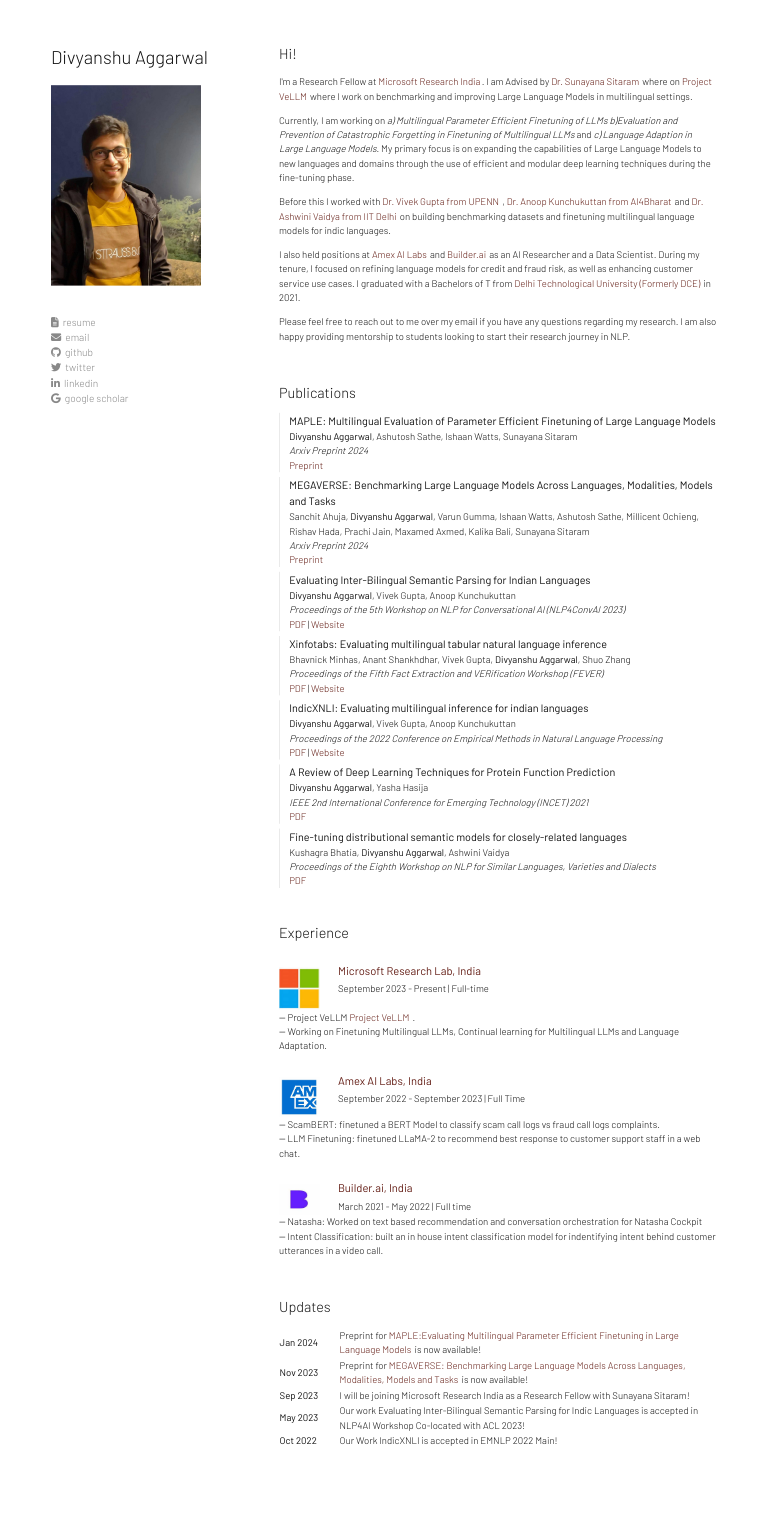
Repository: divyanshuaggarwal/divyanshuaggarwal.github.io
Page: index.html
The author's editor kept a copy of each file at every save. The page is drawn from the files as they stood at one save, then again after the next save.
The browser window is 1280 px wide. The pictures show the whole page, at 60% of full size.
Some web libraries are served in a nearby version.

Above is the page before, as saved 2024-02-23 23:13:49.
Not found: javascripts/scale.fix.js

### index.html
<!doctype html>
<html>
  <head>
    <meta charset="utf-8">
    <meta name="viewport" content="width=device-width, initial-scale=1, shrink-to-fit=no">

    <meta name="description" content="Research Fellow | Microsoft Research India">
    <meta name="keywords" content="website, divyanshu, aggarwal, divyanshu aggarwal">
    <meta name="author" content="Divyanshu Aggarwal">
    <meta http-equiv="X-UA-Compatible" content="chrome=1">
    <meta http-equiv="X-UA-Compatible" content="IE-Edge">

    <link rel="apple-touch-icon" sizes="180x180" href="assets/apple-touch-icon.png">
    <link rel="icon" type="image/png" sizes="32x32" href="assets/favicon-32x32.png">
    <link rel="icon" type="image/png" sizes="16x16" href="assets/favicon-16x16.png">
    <link rel="manifest" href="/site.webmanifest">

    <!-- Bootstrap CSS -->
    <link rel="stylesheet" href="https://stackpath.bootstrapcdn.com/bootstrap/4.4.1/css/bootstrap.min.css" integrity="sha384-Vkoo8x4CGsO3+Hhxv8T/Q5PaXtkKtu6ug5TOeNV6gBiFeWPGFN9MuhOf23Q9Ifjh" crossorigin="anonymous">
    <!-- <link rel="stylesheet" href="assets/style-3.css"> -->
    <link href="https://fonts.googleapis.com/css2?family=Spartan:wght@300;400;500&display=swap" rel="stylesheet">
    <link href="https://fonts.googleapis.com/css2?family=Quicksand:wght@300;400&display=swap" rel="stylesheet">
    <link href="https://fonts.googleapis.com/css2?family=Barlow:wght@300;400&display=swap" rel="stylesheet">


    <script src="https://kit.fontawesome.com/cf1c3caa39.js" crossorigin="anonymous"></script>
    <!-- <script src="assets/style-2.js"></script> -->


    <title>Divyanshu Aggarwal</title>

  </head>
  <body>
    <div class="container pb-5 allstuffp">
      <div class="row pt-5 allstuff">
        <div class="col-md-4 pt-4">
          <div class="fixed-posi">
            <div class="name pb-4">Divyanshu Aggarwal</div>
            <img src="./images/divyanshu.jpg" class="img-fluid profilepic" alt="Divyanshu profile photo" width="250">
            <div class="pt-5">
              <a id="icon_cv" class="tag had" href="assets/cv.pdf" target="_blank"><i class="had fas fa-file-alt"></i>&nbsp; resume</a><br>
              <a id="icon_email" class="tag had" href="mailto:divyanshuggrwl@gmail.com" target="_blank"><i class="fas fa-envelope"></i>&nbsp; email</a><br>
              <a id="icon_github" class="tag had" href="https://github.com/divyanshuaggarwal" target="_blank"><i class="had fab fa-github"></i>&nbsp; github</a><br>
              <a id="icon_twitter" class="tag had" href="https://twitter.com/divyanshuggrwl" target="_blank"> <i class="fab fa-twitter"></i>&nbsp; twitter</a> <br>
              <a id="icon_linkedin" class="tag had" href="https://www.linkedin.com/in/https://www.linkedin.com/in/divyanshu-aggarwal-498894163/" target="_blank"><i class="fab fa-linkedin-in"></i>&nbsp; linkedin</a> <br>
              <a id="icon_gscholar" class="tag had" href="https://scholar.google.com/citations?user=WuYKZLAAAAAJ" target="_blank"><i class="fab fa-google"></i>&nbsp; google scholar</a> <br>
            </div>
          </div>
        </div>
        <div class="col-md-8 pt-4 about">
          <p class='header'>Hi!</p>
          <p>I'm a Research Fellow at <a class="tag" href="https://www.microsoft.com/en-us/research/lab/microsoft-research-india/" target="_blank">Microsoft Research India</a>. I am Advised by <a class="tag" href="https://www.microsoft.com/en-us/research/lab/microsoft-research-india/" target="_blank">Dr. Sunayana Sitaram</a> where on <a class="tag", href="https://www.microsoft.com/en-us/research/project/project-vellm/"> Project VeLLM </a> where I work on benchmarking and improving Large Language Models in multilingual settings. </p>

          <p>Currently, I am working on <em>a) Multilingual Parameter Efficient Finetuning of LLMs</em> <em>b)Evaluation and Prevention of Catastrophic Forgetting in Finetuning of Multilingual LLMs </em> and <em>c) Language Adaption in Large Language Models</em>. My primary focus is on expanding the capabilities of Large Language Models to new languages and domains through the use of efficient and modular deep learning techniques during the fine-tuning phase.</p>

          <p>Before this I worked with <a class="tag" href="https://vgupta123.github.io/" target="_blank"> Dr. Vivek Gupta from UPENN </a>, <a class="tag" href="http://anoopk.in/" target="_blank">Dr. Anoop Kunchukuttan from AI4Bharat</a>  and <a class="tag" href="https://web.iitd.ac.in/~avaidya/" target="_blank"> Dr. Ashwini Vaidya from IIT Delhi</a> on building benchmarking datasets and finetuning multilingual language models for indic languages.</p>

          <p>I also held positions at <a class="tag" href="https://emerj.com/ai-sector-overviews/artificial-intelligence-at-american-express/", target="_blank"> Amex AI Labs </a> and <a class="tag" href="https://www.builder.ai/under-the-hood", target="_blank">Builder.ai</a> as an AI Researcher and a Data Scientist. During my tenure, I focused on refining language models for credit and fraud risk, as well as enhancing customer service use cases. I graduated with a Bachelors of T from <a class="tag" href="http://www.dtu.ac.in/" target="_blank"> Delhi Technological University (Formerly DCE)</a> in 2021.</p>

<!--           My thesis was on "Protein Function Prediction using Deep Learning" with <a class="tag" href="http://www.dtu.ac.in/modules/facilities/people/faculty/view.php?uname=yashahasija", target="_blank">Dr. Yasha Hasija</a>. -->
          <p>Please feel free to reach out to me over my email if you have any questions regarding my research. I am also happy providing mentorship to students looking to start their research journey in NLP. </p>

          <p class="header pt-5">Publications</p>

            <p class="paper my-2 pl-3">
              <span class="papertitle">MAPLE: Multilingual Evaluation of Parameter Efficient Finetuning of Large Language Models</span><br>
              <b><span class="thisauthor">Divyanshu Aggarwal</span></b>, Ashutosh Sathe, Ishaan Watts, Sunayana Sitaram<br>
              <i> Arxiv Preprint 2024</i><br>
              <a class="tag" href="https://arxiv.org/abs/2401.07598" target="_blank">Preprint</a>
            </p>

            <p class="paper my-2 pl-3">
              <span class="papertitle">MEGAVERSE: Benchmarking Large Language Models Across Languages, Modalities, Models and Tasks</span><br>
              Sanchit Ahuja, <b><span class="thisauthor">Divyanshu Aggarwal</span></b>, Varun Gumma, Ishaan Watts, Ashutosh Sathe, Millicent Ochieng, Rishav Hada, Prachi Jain, Maxamed Axmed, Kalika Bali, Sunayana Sitaram <br>
              <i> Arxiv Preprint 2024</i><br>
              <a class="tag" href="https://arxiv.org/abs/2311.07463" target="_blank">Preprint</a>
            </p>


            <p class="paper my-2 pl-3">
              <span class="papertitle">Evaluating Inter-Bilingual Semantic Parsing for Indian Languages</span><br>
              <b><span class="thisauthor">Divyanshu Aggarwal</span></b>, Vivek Gupta, Anoop Kunchukuttan <br>
              <i>Proceedings of the 5th Workshop on NLP for Conversational AI (NLP4ConvAI 2023)</i><br>
              <a class="tag" href="https://aclanthology.org/2023.nlp4convai-1.9/" target="_blank">PDF</a>|
              <a class="tag" href="https://iesemparse.github.io/" target="_blank">Website</a>
            </p>


            <p class="paper my-2 pl-3">
              <span class="papertitle">Xinfotabs: Evaluating multilingual tabular natural language inference</span><br>
              Bhavnick Minhas, Anant Shankhdhar, Vivek Gupta, <b><span class="thisauthor">Divyanshu Aggarwal</span></b>, Shuo Zhang <br>
              <i>Proceedings of the Fifth Fact Extraction and VERification Workshop (FEVER)</i><br>
              <a class="tag" href="https://aclanthology.org/2022.fever-1.7/" target="_blank">PDF</a>|
              <a class="tag" href="https://xinfotabs.github.io/" target="_blank">Website</a>
            </p>

            <p class="paper my-2 pl-3">
              <span class="papertitle">IndicXNLI: Evaluating multilingual inference for indian languages</span><br>
              <b><span class="thisauthor">Divyanshu Aggarwal</span></b>, Vivek Gupta, Anoop Kunchukuttan <br>
              <i>Proceedings of the 2022 Conference on Empirical Methods in Natural Language Processing</i><br>
              <a class="tag" href="https://aclanthology.org/2022.emnlp-main.755" target="_blank">PDF</a>|
              <a class="tag" href="https://indicxnli.github.io" target="_blank">Website</a>
            </p>


            <p class="paper my-2 pl-3">
              <span class="papertitle">A Review of Deep Learning Techniques for Protein Function Prediction</span><br>
              <b><span class="thisauthor">Divyanshu Aggarwal</span></b>, Yasha Hasija <br>
              <i>IEEE 2nd International Conference for Emerging Technology (INCET) 2021</i><br>
              <a class="tag" href="https://arxiv.org/abs/2211.09705" target="_blank">PDF</a>
            </p>

            <p class="paper my-2 pl-3">
              <span class="papertitle">Fine-tuning distributional semantic models for closely-related languages</span><br>
              Kushagra Bhatia, <b><span class="thisauthor">Divyanshu Aggarwal</span></b>, Ashwini Vaidya <br>
              <i>Proceedings of the Eighth Workshop on NLP for Similar Languages, Varieties and Dialects</i><br>
              <a class="tag" href="https://aclanthology.org/2021.vardial-1.7/" target="_blank">PDF</a>
            </p>


          <p class="header pt-5">Experience</p>

          <div class="py-3">
              <div class="expmeta row">
                  <div class="col-sm-1"><img class="expicon mt-2"src="images/microsoft.jpg"></div>
                  <div class="col-sm-11 expdetails">
                    <span class="expjob"><a class="tag" href="https://www.microsoft.com/en-us/research/lab/microsoft-research-india/" target="_blank">Microsoft Research Lab, India</a></span><br>
                    <div class='pt-1'>September 2023 - Present | Full-time</div>
                  </div>
              </div>
              <div class="details">
              <p><span class="bullet">--</span> Project VeLLM <a class="tag" href="" target="_blank"> Project VeLLM </a>.<br>
                <span class="bullet">--</span> Working on Finetuning Multilingual LLMs, Continual learning for Multilingual LLMs and Language Adaptation.<br>


            <div class="py-3">
              <div class="expmeta row">
                  <div class="col-sm-1"><img class="expicon mt-2"src="images/amex.jpg"></div>
                  <div class="col-sm-11 expdetails">
                    <span class="expjob"><a class="tag" href="https://www.microsoft.com/en-us/research/lab/microsoft-research-india/" target="_blank">Amex AI Labs, India</a></span><br>
                    <div class='pt-1'>September 2022 - September 2023 | Full Time</div>
                  </div>
              </div>
              <div class="details">
              <p><span class="bullet">--</span> ScamBERT: finetuned a BERT Model to classify scam call logs vs fraud call logs complaints.<br>
                <span class="bullet">--</span> LLM Finetuning: finetuned LLaMA-2 to recommend best response to customer support staff in a web chat.<br>


            <div class="py-3">
              <div class="expmeta row">
                  <div class="col-sm-1"><img class="expicon mt-2"src="images/builder.jpg", width="200", height="50"></div>
                  <div class="col-sm-11 expdetails">
                    <span class="expjob"><a class="tag" href="https://www.builder.ai" target="_blank">Builder.ai, India</a></span><br>
                    <div class='pt-1'>March 2021 - May 2022 | Full time</div>
                  </div>
              </div>
              <div class="details">
              <p><span class="bullet">--</span> Natasha: Worked on text based recommendation and conversation orchestration for Natasha Cockpit <br>
                <span class="bullet">--</span> Intent Classification: built an in house intent classification model for indentifying intent behind customer utterances in a video call.<br>




            <p class="header pt-5">Updates</p>
            <div style="height:250px;overflow:auto;">
                <table>
                    <col width="100px">
                    <tr>
                        <td><b>Jan 2024</b></td>
                        <td>Preprint for <a class="tag" href="https://arxiv.org/abs/2401.07598" target="_blank">MAPLE:Evaluating Multilingual Parameter Efficient Finetuning in Large Language Models</a> is now available!</td>
                    </tr>

                    <tr>
                      <td><b>Nov 2023</b></td>
                      <td>Preprint for <a class="tag" href="https://arxiv.org/abs/2311.07463" target="_blank">MEGAVERSE: Benchmarking Large Language Models Across Languages, Modalities, Models and Tasks </a> is now available!</td>
                  </tr>

                  <tr>
                    <td><b>Sep 2023</b></td>
                    <td>I will be joining Microsoft Research India as a Research Fellow with Sunayana Sitaram!</td>
                </tr>

                <tr>
                  <td><b>May 2023</b></td>
                  <td>Our work Evaluating Inter-Bilingual Semantic Parsing for Indic Languages is accepted in NLP4AI Workshop Co-located with ACL 2023!</td>
              </tr>

              <tr>
                <td><b>Oct 2022</b></td>
                <td>Our Work IndicXNLI is accepted in EMNLP 2022  Main!</td>
             </tr>

                </table>
            </div>

        </div>

      </div>
    </div>
    <div>

    <script src="javascripts/scale.fix.js"></script>
    <script src="https://code.jquery.com/jquery-3.4.1.slim.min.js" integrity="sha384-J6qa4849blE2+poT4WnyKhv5vZF5SrPo0iEjwBvKU7imGFAV0wwj1yYfoRSJoZ+n" crossorigin="anonymous"></script>
    <script src="https://cdn.jsdelivr.net/npm/popper.js@1.16.0/dist/umd/popper.min.js" integrity="sha384-Q6E9RHvbIyZFJoft+2mJbHaEWldlvI9IOYy5n3zV9zzTtmI3UksdQRVvoxMfooAo" crossorigin="anonymous"></script>
    <script src="https://stackpath.bootstrapcdn.com/bootstrap/4.4.1/js/bootstrap.min.js" integrity="sha384-wfSDF2E50Y2D1uUdj0O3uMBJnjuUD4Ih7YwaYd1iqfktj0Uod8GCExl3Og8ifwB6" crossorigin="anonymous"></script>
    <!-- <script src="assets/style-3.js"></script> -->
  </body>
  <style>
    body {
        /* font-family: 'Quicksand', sans-serif; */
        font-family: 'Barlow', sans-serif;
        font-weight: 300;
        color: #111;
        font-size: 17px;
    }
    .name {
        font-size: 23pt;
        color: #111;

    }

    a {
        /* color: #555; */
        /* text-decoration: underline; */
        color: #641e16;
        /* font-weight: 400; */
    }

    a:hover {
      /* font-weight: 400; */
      text-decoration: none;
      transition-duration: 0.3s;
      transition-timing-function: linear;
      /* color: #444; */
    }

    .about {
        font-size: 12pt;
    }

    .header {
        font-size: 18pt;
        color: #111;
    }

    .expmeta {

    }

    .expjob {
      font-weight: 400;
      font-size: 14pt;
      color:#111;
    }

    .expduration {

    }

    .expdetails {

    }

    .expdesc{


    }

    .papertitle {
        color: #111;
        font-weight: 300;
    }

    .thisauthor {
        color: #111;
    }
    .noter {
        font-size: 9pt;
    }
    .tagsep {
        padding: 4px;
    }
    .tag {
        padding-right:2px;
    }

    .confshort {
        font-weight: 300;
    }

    .conf {
        display: inline-block;
        padding-bottom: 4px;
    }

    .paper {
        border-left: 1px solid #ddd;
        /* border-radius: 10px; */
    }

    .menulink {
        color: #888;
    }

    .menulink:hover {
        color: #111;
    }

    .had {
      color: #888;
    }

    .had:hover {
      color: #222 !important;
    }

    #icon_cv:hover > i{
      color: #641e16 ;
    }
    #icon_email:hover > i{
      color: #641e16 ;
    }
    #icon_github:hover > i{
    color: #641e16 ;
    }

    #icon_twitter:hover > i{
    color: #641e16 ;
    }

    #icon_linkedin:hover > i{
    color: #641e16 ;
    }
    #icon_scholar:hover > i{
    color: #641e16 ;
    }

    /* #icon_cv:hover:hover > i{
    color: blue;
    transition-property: color;
      transition-duration: 0.1s;
      transition-timing-function: linear;
    }
    #icon_email:hover > i{
    color: blue;
    transition-property: color;
      transition-duration: 0.1s;
      transition-timing-function: linear;
    }
    #icon_github:hover > i{
    color: blue;
    transition-property: color;
      transition-duration: 0.1s;
      transition-timing-function: linear;
    }

    #icon_twitter:hover > i{
    color: blue;
    transition-property: color;
      transition-duration: 0.1s;
      transition-timing-function: linear;
    }

    #icon_linkedin:hover > i{
    color: blue;
    transition-property: color;
      transition-duration: 0.1s;
      transition-timing-function: linear;
    }
    #icon_scholar:hover > i{
    color: blue;
    transition-property: color;
      transition-duration: 0.1s;
      transition-timing-function: linear;
    } */

    .icons:hover {
      color: rgb(143, 0, 0)
    }
    .paper {
        border-left: 1px solid #ddd;
    }

    .papertitle {
          color: #111;
          font-weight: 400;
          font-size:large;
      }

    @media (min-width: 768px) {
          .fixed-posi {
          /* width: 50%;
          margin-left: 50%;
          min-height:100%; */
          position:sticky;
    }

          .expicon {

            width:200%;
          }

          .expdetails {
            padding-left:50px;
          }

    }

    @media (max-width: 768px) {

          .expicon {

            width:20%;
          }

          .expdetails {
            padding-left: 2;
          }

    }

    .bullet {
      color: #222;
      font-weight: 400;
    }
    @media (min-width: 768px) {
      .fixed-posi {
          /* width: 50%;
              margin-left: 50%;
              min-height:100%; */
          position: fixed;
      }
    }

    @media only screen and (max-width: 900px) {
      .allstuff {
          padding-top: 0px !important;
      }

      .allstuffp {
          padding-top: 0px !important;
      }

      .profilepic {
          width: 90px;
          border-radius: 40%;
          padding-top: 0px !important;
          padding-bottom: 0px !important;
          filter: grayscale(30%);
      }

      .menur {
          padding-top: 18px !important;
      }

      .instilogo {
      height: 50px;
      filter: grayscale(20%);
      }

    }
    /* .profilepic {
      border-radius: 40%;
    } */

</style>
</html>

After the next save:
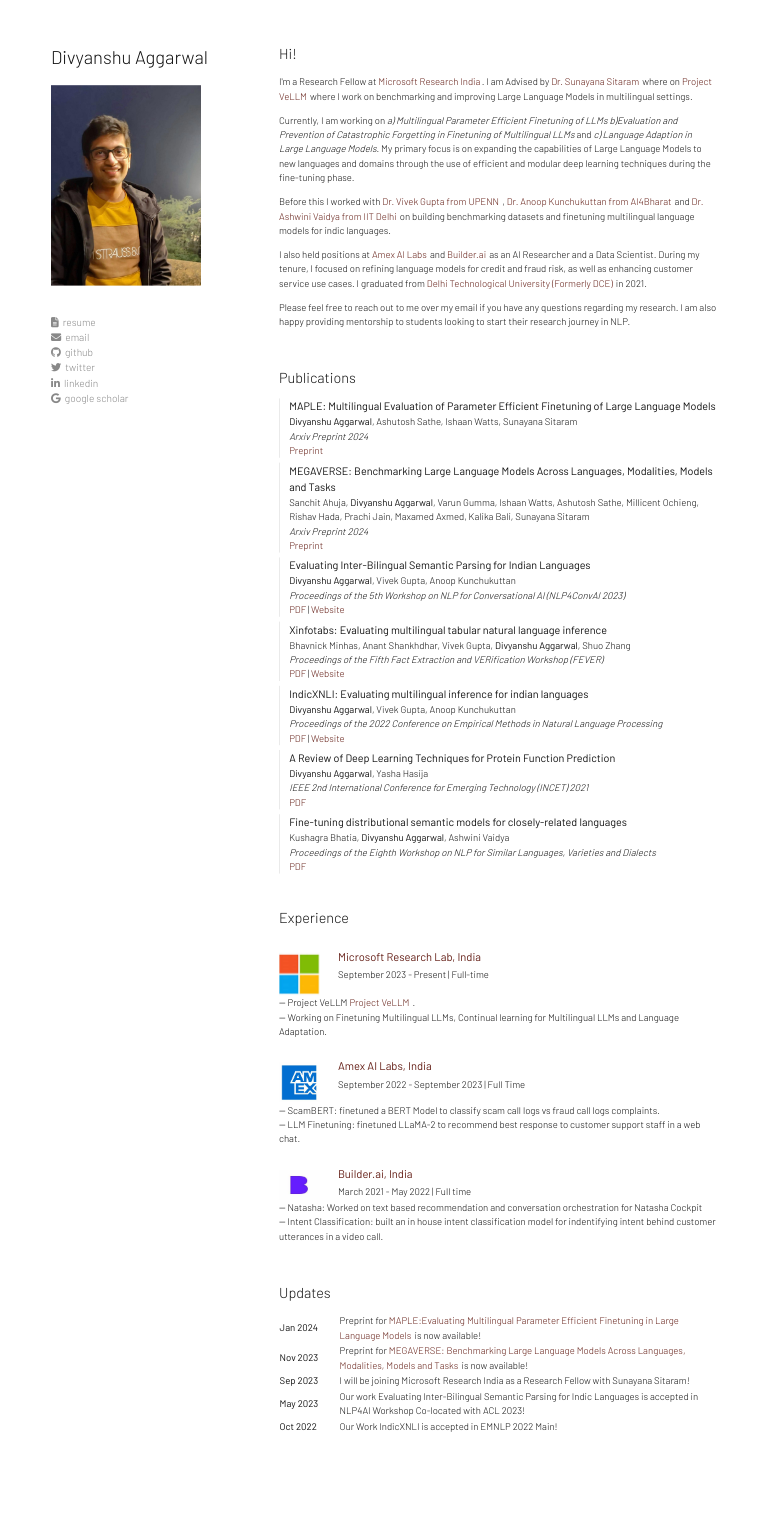
Saved 15 s later.
--- a/index.html
+++ b/index.html
@@ -55,7 +55,7 @@
 
           <p>Before this I worked with <a class="tag" href="https://vgupta123.github.io/" target="_blank"> Dr. Vivek Gupta from UPENN </a>, <a class="tag" href="http://anoopk.in/" target="_blank">Dr. Anoop Kunchukuttan from AI4Bharat</a>  and <a class="tag" href="https://web.iitd.ac.in/~avaidya/" target="_blank"> Dr. Ashwini Vaidya from IIT Delhi</a> on building benchmarking datasets and finetuning multilingual language models for indic languages.</p>
 
-          <p>I also held positions at <a class="tag" href="https://emerj.com/ai-sector-overviews/artificial-intelligence-at-american-express/", target="_blank"> Amex AI Labs </a> and <a class="tag" href="https://www.builder.ai/under-the-hood", target="_blank">Builder.ai</a> as an AI Researcher and a Data Scientist. During my tenure, I focused on refining language models for credit and fraud risk, as well as enhancing customer service use cases. I graduated with a Bachelors of T from <a class="tag" href="http://www.dtu.ac.in/" target="_blank"> Delhi Technological University (Formerly DCE)</a> in 2021.</p>
+          <p>I also held positions at <a class="tag" href="https://emerj.com/ai-sector-overviews/artificial-intelligence-at-american-express/", target="_blank"> Amex AI Labs </a> and <a class="tag" href="https://www.builder.ai/under-the-hood", target="_blank">Builder.ai</a> as an AI Researcher and a Data Scientist. During my tenure, I focused on refining language models for credit and fraud risk, as well as enhancing customer service use cases. I graduated from <a class="tag" href="http://www.dtu.ac.in/" target="_blank"> Delhi Technological University (Formerly DCE)</a> in 2021.</p>
 
 <!--           My thesis was on "Protein Function Prediction using Deep Learning" with <a class="tag" href="http://www.dtu.ac.in/modules/facilities/people/faculty/view.php?uname=yashahasija", target="_blank">Dr. Yasha Hasija</a>. -->
           <p>Please feel free to reach out to me over my email if you have any questions regarding my research. I am also happy providing mentorship to students looking to start their research journey in NLP. </p>
